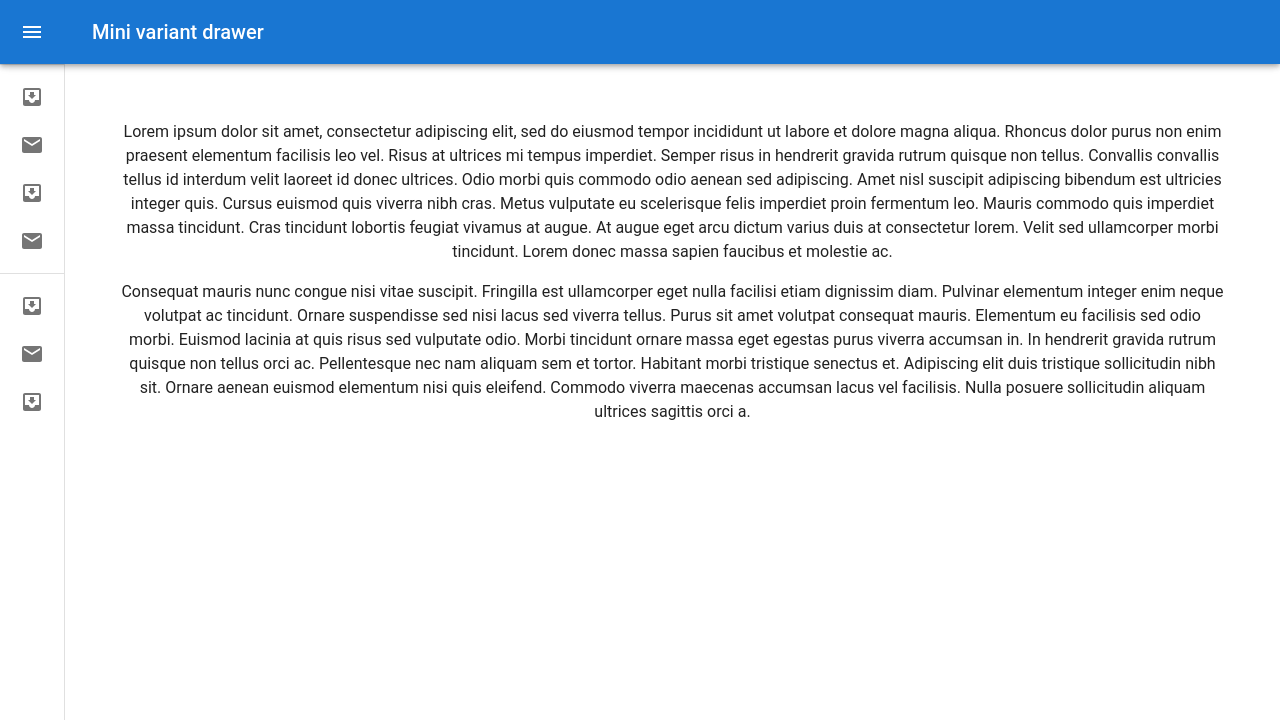
Repository: Vijay-Singh1/office-tools
Page: /createForm/Create-Form
An editor plug-in stored every save of this project. The page is shown before and after the next save, followed by the edit.
The browser window is 1280 px wide. The pictures show the whole page.
The project was rebuilt for these pictures with package versions that can differ from the ones it lists, and the page was loaded fresh each time. Also part of the build but not shown: vite.config.ts.

Above is the page before, as saved 2024-08-30 22:25:49.

### index.html
<!doctype html>
<html lang="en">
  <head>
    <meta charset="UTF-8" />
    <link rel="icon" type="image/svg+xml" href="/vite.svg" />
    <meta name="viewport" content="width=device-width, initial-scale=1.0" />
    <title>Office Tools</title>
  </head>
  <body>
    <div id="root"></div>
    <script type="module" src="/src/main.tsx"></script>
  </body>
</html>

### src/main.tsx
import { StrictMode } from 'react'
import { createRoot } from 'react-dom/client'
import App from './App.tsx'
import './index.css'// Import Tailwind CSS
import { ThemeProvider } from '@mui/material/styles';
import CssBaseline from '@mui/material/CssBaseline';
import theme from "./appTheme/appTheme.ts"
createRoot(document.getElementById('root')!).render(
  <StrictMode>
    <ThemeProvider theme={theme}>
    <CssBaseline />
    <App />
    </ThemeProvider>
  </StrictMode>,
)

### src/App.tsx


import './App.css'
import Sidebar from './components/sidebar';


const App: React.FC = () => {
  return (
    <Sidebar />
  );
};


export default App

### src/appTheme/appTheme.ts
// src/theme.ts
import { createTheme, ThemeOptions } from '@mui/material/styles';

const themeOptions: ThemeOptions = {
  palette: {
    primary: {
      main: '#1976d2',
    },
    secondary: {
      main: '#dc004e',
    },
  },
  typography: {
    fontFamily: 'Roboto, Arial, sans-serif',
    h1: {
      fontSize: '2.5rem',
      fontWeight: 500,
    },
    body1: {
      fontSize: '1rem',
    },
  },
  components: {
    MuiButton: {
      styleOverrides: {
        root: {
          textTransform: 'none',
          borderRadius: '8px',
        },
      },
    },
  },
};

const theme = createTheme(themeOptions);

export default theme;

### src/components/sidebar/index.tsx


import * as React from 'react';
import { styled, useTheme, Theme, CSSObject } from '@mui/material/styles';
import Box from '@mui/material/Box';
import MuiDrawer from '@mui/material/Drawer';
import MuiAppBar, { AppBarProps as MuiAppBarProps } from '@mui/material/AppBar';
import Toolbar from '@mui/material/Toolbar';
import List from '@mui/material/List';
import CssBaseline from '@mui/material/CssBaseline';
import Typography from '@mui/material/Typography';
import Divider from '@mui/material/Divider';
import IconButton from '@mui/material/IconButton';
import MenuIcon from '@mui/icons-material/Menu';
import ChevronLeftIcon from '@mui/icons-material/ChevronLeft';
import ChevronRightIcon from '@mui/icons-material/ChevronRight';
import ListItem from '@mui/material/ListItem';
import ListItemButton from '@mui/material/ListItemButton';
import ListItemIcon from '@mui/material/ListItemIcon';
import ListItemText from '@mui/material/ListItemText';
import InboxIcon from '@mui/icons-material/MoveToInbox';
import MailIcon from '@mui/icons-material/Mail';

const drawerWidth = 240;

const openedMixin = (theme: Theme): CSSObject => ({
  width: drawerWidth,
  transition: theme.transitions.create('width', {
    easing: theme.transitions.easing.sharp,
    duration: theme.transitions.duration.enteringScreen,
  }),
  overflowX: 'hidden',
});

const closedMixin = (theme: Theme): CSSObject => ({
  transition: theme.transitions.create('width', {
    easing: theme.transitions.easing.sharp,
    duration: theme.transitions.duration.leavingScreen,
  }),
  overflowX: 'hidden',
  width: `calc(${theme.spacing(7)} + 1px)`,
  [theme.breakpoints.up('sm')]: {
    width: `calc(${theme.spacing(8)} + 1px)`,
  },
});

const DrawerHeader = styled('div')(({ theme }) => ({
  display: 'flex',
  alignItems: 'center',
  justifyContent: 'flex-end',
  padding: theme.spacing(0, 1),
  // necessary for content to be below app bar
  ...theme.mixins.toolbar,
}));

interface AppBarProps extends MuiAppBarProps {
  open?: boolean;
}

const AppBar = styled(MuiAppBar, {
  shouldForwardProp: (prop) => prop !== 'open',
})<AppBarProps>(({ theme }) => ({
  zIndex: theme.zIndex.drawer + 1,
  transition: theme.transitions.create(['width', 'margin'], {
    easing: theme.transitions.easing.sharp,
    duration: theme.transitions.duration.leavingScreen,
  }),
  variants: [
    {
      props: ({ open }) => open,
      style: {
        marginLeft: drawerWidth,
        width: `calc(100% - ${drawerWidth}px)`,
        transition: theme.transitions.create(['width', 'margin'], {
          easing: theme.transitions.easing.sharp,
          duration: theme.transitions.duration.enteringScreen,
        }),
      },
    },
  ],
}));

const Drawer = styled(MuiDrawer, { shouldForwardProp: (prop) => prop !== 'open' })(
  ({ theme }) => ({
    width: drawerWidth,
    flexShrink: 0,
    whiteSpace: 'nowrap',
    boxSizing: 'border-box',
    variants: [
      {
        props: ({ open }) => open,
        style: {
          ...openedMixin(theme),
          '& .MuiDrawer-paper': openedMixin(theme),
        },
      },
      {
        props: ({ open }) => !open,
        style: {
          ...closedMixin(theme),
          '& .MuiDrawer-paper': closedMixin(theme),
        },
      },
    ],
  }),
);

const Sidebar :React.FC =() =>{
  const theme = useTheme();
  const [open, setOpen] = React.useState(false);

  const handleDrawerOpen = () => {
    setOpen(true);
  };

  const handleDrawerClose = () => {
    setOpen(false);
  };

  return (
    <Box sx={{ display: 'flex' }}>
      <CssBaseline />
      <AppBar position="fixed" open={open}>
        <Toolbar>
          <IconButton
            color="inherit"
            aria-label="open drawer"
            onClick={handleDrawerOpen}
            edge="start"
            sx={[
              {
                marginRight: 5,
              },
              open && { display: 'none' },
            ]}
          >
            <MenuIcon />
          </IconButton>
          <Typography variant="h6" noWrap component="div">
            Mini variant drawer
          </Typography>
        </Toolbar>
      </AppBar>
      <Drawer variant="permanent" open={open}>
        <DrawerHeader>
          <IconButton onClick={handleDrawerClose}>
            {theme.direction === 'rtl' ? <ChevronRightIcon /> : <ChevronLeftIcon />}
          </IconButton>
        </DrawerHeader>
        <Divider />
        <List>
          {['Inbox', 'Starred', 'Send email', 'Drafts'].map((text, index) => (
            <ListItem key={text} disablePadding sx={{ display: 'block' }}>
              <ListItemButton
                sx={[
                  {
                    minHeight: 48,
                    px: 2.5,
                  },
                  open
                    ? {
                        justifyContent: 'initial',
                      }
                    : {
                        justifyContent: 'center',
                      },
                ]}
              >
                <ListItemIcon
                  sx={[
                    {
                      minWidth: 0,
                      justifyContent: 'center',
                    },
                    open
                      ? {
                          mr: 3,
                        }
                      : {
                          mr: 'auto',
                        },
                  ]}
                >
                  {index % 2 === 0 ? <InboxIcon /> : <MailIcon />}
                </ListItemIcon>
                <ListItemText
                  primary={text}
                  sx={[
                    open
                      ? {
                          opacity: 1,
                        }
                      : {
                          opacity: 0,
                        },
                  ]}
                />
              </ListItemButton>
            </ListItem>
          ))}
        </List>
        <Divider />
        <List>
          {['All mail', 'Trash', 'Spam'].map((text, index) => (
            <ListItem key={text} disablePadding sx={{ display: 'block' }}>
              <ListItemButton
                sx={[
                  {
                    minHeight: 48,
                    px: 2.5,
                  },
                  open
                    ? {
                        justifyContent: 'initial',
                      }
                    : {
                        justifyContent: 'center',
                      },
                ]}
              >
                <ListItemIcon
                  sx={[
                    {
                      minWidth: 0,
                      justifyContent: 'center',
                    },
                    open
                      ? {
                          mr: 3,
                        }
                      : {
                          mr: 'auto',
                        },
                  ]}
                >
                  {index % 2 === 0 ? <InboxIcon /> : <MailIcon />}
                </ListItemIcon>
                <ListItemText
                  primary={text}
                  sx={[
                    open
                      ? {
                          opacity: 1,
                        }
                      : {
                          opacity: 0,
                        },
                  ]}
                />
              </ListItemButton>
            </ListItem>
          ))}
        </List>
      </Drawer>
      <Box component="main" sx={{ flexGrow: 1, p: 3 }}>
        <DrawerHeader />
        <Typography sx={{ marginBottom: 2 }}>
          Lorem ipsum dolor sit amet, consectetur adipiscing elit, sed do eiusmod
          tempor incididunt ut labore et dolore magna aliqua. Rhoncus dolor purus non
          enim praesent elementum facilisis leo vel. Risus at ultrices mi tempus
          imperdiet. Semper risus in hendrerit gravida rutrum quisque non tellus.
          Convallis convallis tellus id interdum velit laoreet id donec ultrices.
          Odio morbi quis commodo odio aenean sed adipiscing. Amet nisl suscipit
          adipiscing bibendum est ultricies integer quis. Cursus euismod quis viverra
          nibh cras. Metus vulputate eu scelerisque felis imperdiet proin fermentum
          leo. Mauris commodo quis imperdiet massa tincidunt. Cras tincidunt lobortis
          feugiat vivamus at augue. At augue eget arcu dictum varius duis at
          consectetur lorem. Velit sed ullamcorper morbi tincidunt. Lorem donec massa
          sapien faucibus et molestie ac.
        </Typography>
        <Typography sx={{ marginBottom: 2 }}>
          Consequat mauris nunc congue nisi vitae suscipit. Fringilla est ullamcorper
          eget nulla facilisi etiam dignissim diam. Pulvinar elementum integer enim
          neque volutpat ac tincidunt. Ornare suspendisse sed nisi lacus sed viverra
          tellus. Purus sit amet volutpat consequat mauris. Elementum eu facilisis
          sed odio morbi. Euismod lacinia at quis risus sed vulputate odio. Morbi
          tincidunt ornare massa eget egestas purus viverra accumsan in. In hendrerit
          gravida rutrum quisque non tellus orci ac. Pellentesque nec nam aliquam sem
          et tortor. Habitant morbi tristique senectus et. Adipiscing elit duis
          tristique sollicitudin nibh sit. Ornare aenean euismod elementum nisi quis
          eleifend. Commodo viverra maecenas accumsan lacus vel facilisis. Nulla
          posuere sollicitudin aliquam ultrices sagittis orci a.
        </Typography>
      </Box>
    </Box>
  );
}

export default Sidebar

Loaded but not shown: src/index.css (common file); src/App.css (common file)

After the next save:
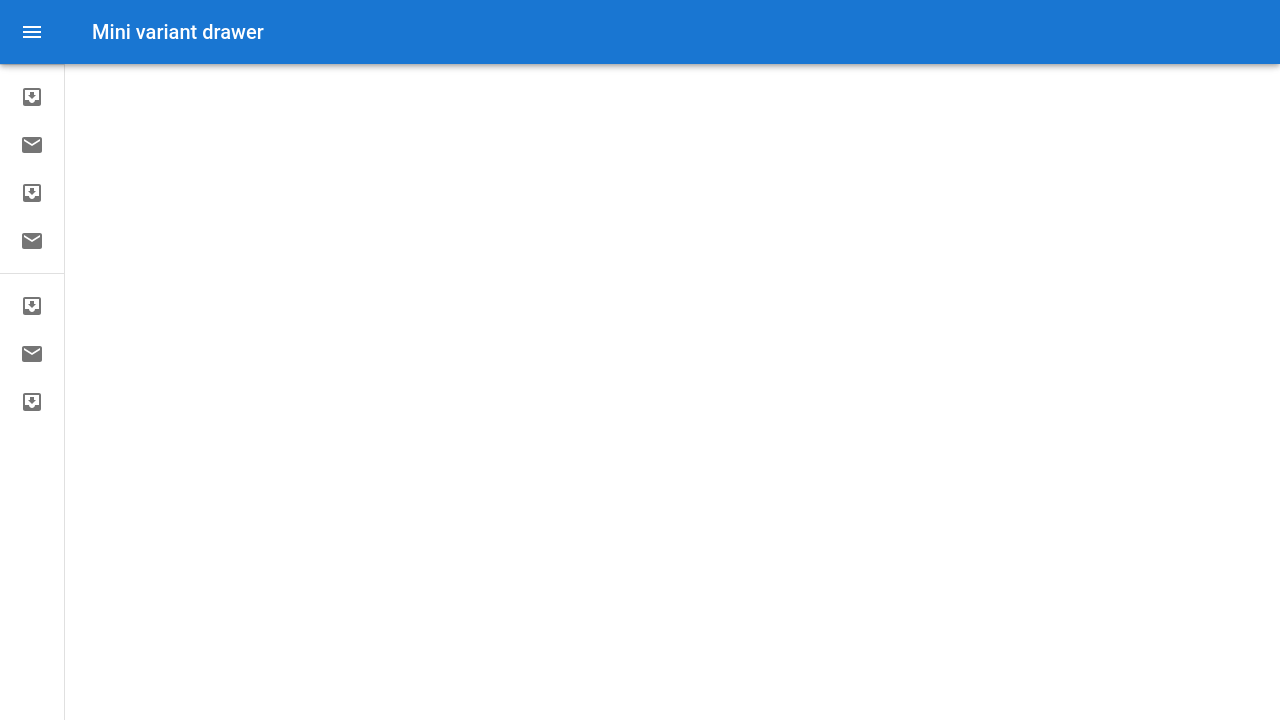
Saved 5 min 59 s later.
--- a/src/components/sidebar/index.tsx
+++ b/src/components/sidebar/index.tsx
@@ -254,7 +254,7 @@ const Sidebar :React.FC =() =>{
       </Drawer>
       <Box component="main" sx={{ flexGrow: 1, p: 3 }}>
         <DrawerHeader />
-        <Typography sx={{ marginBottom: 2 }}>
+        {/* <Typography sx={{ marginBottom: 2 }}>
           Lorem ipsum dolor sit amet, consectetur adipiscing elit, sed do eiusmod
           tempor incididunt ut labore et dolore magna aliqua. Rhoncus dolor purus non
           enim praesent elementum facilisis leo vel. Risus at ultrices mi tempus
@@ -280,7 +280,7 @@ const Sidebar :React.FC =() =>{
           tristique sollicitudin nibh sit. Ornare aenean euismod elementum nisi quis
           eleifend. Commodo viverra maecenas accumsan lacus vel facilisis. Nulla
           posuere sollicitudin aliquam ultrices sagittis orci a.
-        </Typography>
+        </Typography> */}
       </Box>
     </Box>
   );
